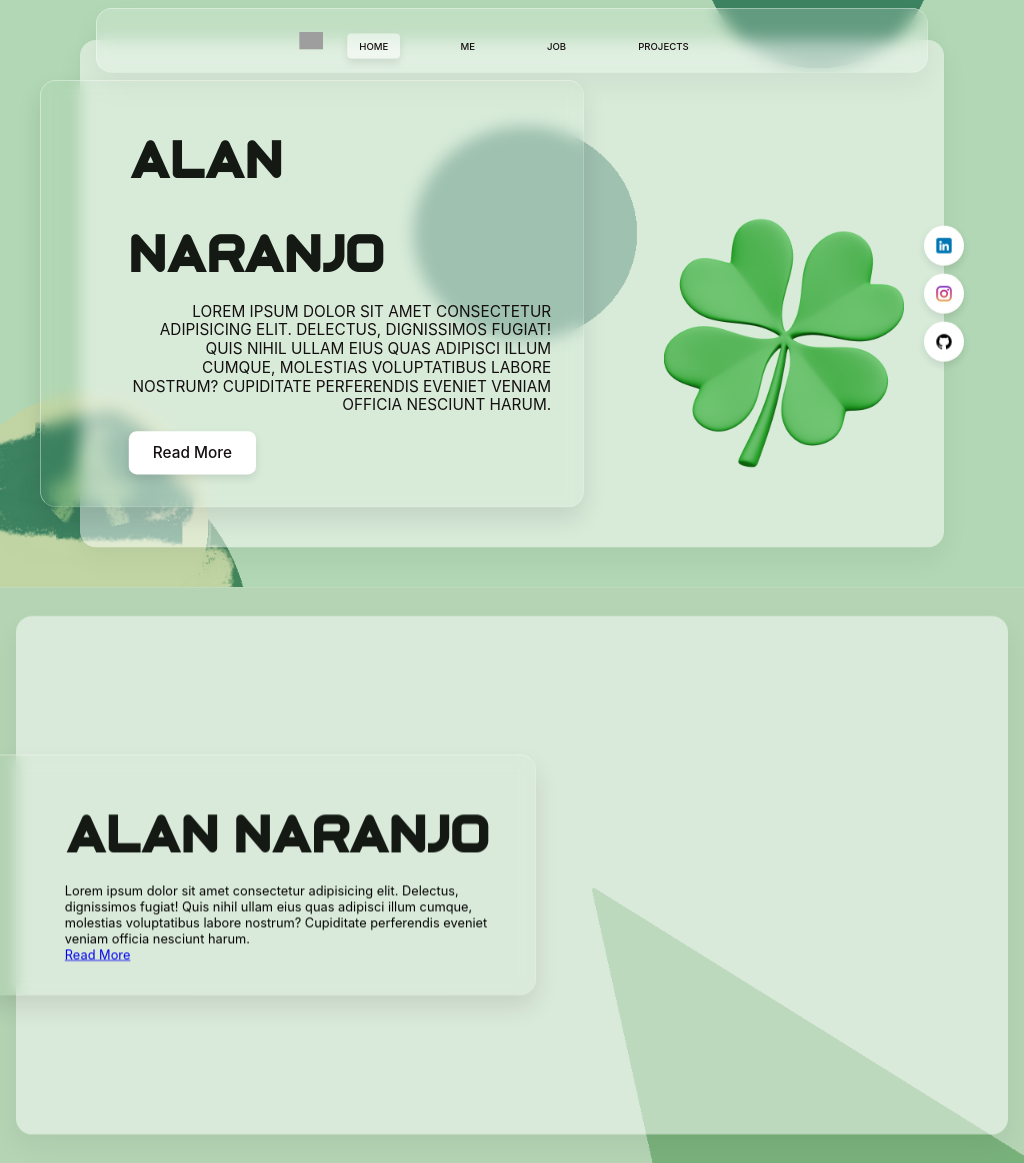
Repository: L-A-M-J-O/Me-sitio-Web
Page: / (app in my-project/)
The author's editor kept a copy of each file at every save. The page is drawn from the files as they stood at one save, then again after the next save.
The browser window is 1280 px wide. The pictures show the whole page, at 80% of full size.
Pictures or frames that could not be fetched are drawn as grey boxes. Backgrounds fixed to the window are drawn as part of the page. The project was rebuilt for these pictures with package versions that can differ from the ones it lists, and the page was loaded fresh each time.

Above is the page before, as saved 2022-09-20 16:04:27.

### my-project/src/App.jsx
import './App.css';
import Me from './components/Me/Me';

import Navbar from './components/Navbar/Navbar'


function App() {
  return (
    <>
      <Navbar/>
      <Me/>
    </>


  );
}

export default App;

### my-project/src/App.css
 * {
    margin: 0;
    padding: 0;
    box-sizing: border-box;
 }

### my-project/src/components/Me/Me.jsx
import React from 'react'

import '../Me/Me.css'

import {Link } from 'react-scroll'

function Me() {
  return (
    <div className='section-me' id='me'>
      <div className='container-m-me'>
        <div className='row justify-content-end'>
          <div className='col-12'>
            <div className='content-me'>
            <h2>Alan Naranjo</h2>
            <p>Lorem ipsum dolor sit amet consectetur adipisicing elit. Delectus, dignissimos fugiat! Quis nihil ullam eius quas adipisci illum cumque, molestias voluptatibus labore nostrum? Cupiditate perferendis eveniet veniam officia nesciunt harum.</p>
            <Link href='#'>Read More</Link>
          </div>
          </div>
        </div>
      </div>
    </div>
  )
}

export default Me

### my-project/src/components/Navbar/Navbar.jsx
import React from 'react'

import {Link} from 'react-scroll'

import logotipo from '../../assets/img/logotipo.png'
import icon from '../../assets/img/icon.png'
import instagram from '../../assets/img/instagram.png'
import linkedin from '../../assets/img/linkedin.png'
import github from '../../assets/img/github.png'

import '../Navbar/Navbar.css'


function Navbar() {
  return (
    <section id='nav'>
      <div className='container-m'>
        <header>
          <Link to='nav' className='logo'><img src={ icon} alt='icon' width={30}/></Link>
          <ul>
            <li><Link to='nav' className='active'>Home</Link></li>
            <li><Link to='me' href='#' className=''>Me</Link></li>
            <li><Link href='#' className=''>Job</Link></li>
            <li><Link href='#' className=''>Projects</Link></li>
          </ul>
        </header>
        <div className='content'>
          <h2>Alan Naranjo</h2>
          <p>Lorem ipsum dolor sit amet consectetur adipisicing elit. Delectus, dignissimos fugiat! Quis nihil ullam eius quas adipisci illum cumque, molestias voluptatibus labore nostrum? Cupiditate perferendis eveniet veniam officia nesciunt harum.</p>
          <Link href='#'>Read More</Link>
        </div>
        <div className='img-icon'>
          <img src={ logotipo } alt='logotipo'/>
        </div>
        <ul className='sci'>
          <li><Link href='#'><img src={linkedin} alt='linkedin'/></Link></li>
          <li><Link href='#'><img src={instagram} alt='instagram'/></Link></li>
          <li><Link href='#'><img src={github} alt='github'/></Link></li>
        </ul>
      </div>
    </section>
  )
}

export default Navbar

### my-project/src/components/Me/Me.css
.section-me {
    display: flex;
    justify-content: center;
    align-items: center;
    min-height: 100vh;
    background-image: url(../../assets/img/banner1.png);
    background-position: center;
    background-attachment: fixed;
    padding: 20px;
}
.container-m-me {
    position: relative;
    width: 100%;
    height: 90vh;
    background-color: rgba(255, 255, 255, 0.5);
    box-shadow:  0 15px 35px rgba(0, 0, 0, 0.05);
    border-radius: 20px;
    display: flex;
    justify-content: space-between;
    align-items: center;
    padding: 50px;
}

.content-me {
    transform: translateX(-100px);
    max-width: 700px;
    box-shadow:  0 15px 30px rgba(0, 0, 0, 0.1);
    border-radius: 20px;
    backdrop-filter: blur(10px);
    border: 1px solid rgba(255, 255, 255, 0.25);
    border-top: 1px solid rgba(255, 255, 255, 0.5);
    border-left: 1px solid rgba(255, 255, 255, 0.5);
    padding: 40px;
    padding-left: 110px;
}
.content-me h2 {
    font-family: Osiris;
    font-size: 4rem;
    line-height: 1.85;
    text-transform: lowercase;
    margin: 0;
    color: #141914;
}
.content p {
    text-align: end;
    border: var(--default-border-width) solid var(--default-border-color);
    border-radius: var(--default-border-radius);
    text-transform: uppercase;
    font-weight: 400;
    font-size: max(12px,.9375vw);
    line-height: 1.2222222222;
    transition: background-color .15s ease-in-out;
    -webkit-appearance: none;
    appearance: none;
    font-size: 1.2em;
    color: #140f10;
}
.content a {
    display: inline-block;
    padding: 15px 30px;
    background: #fff;
    color: #140f10;
    margin-top: 20px;
    border-radius: 10px;
    font-size: 1.2em;
    font-weight: 500;
    text-decoration: none;
    box-shadow:  0 5px 10px rgba(0, 0, 0, 0.1);
}

### my-project/src/components/Navbar/Navbar.css
@font-face {
    font-family: Osiris;
    src: url(../../assets//img/Osiris.otf);
}

section {
    display: flex;
    justify-content: center;
    align-items: center;
    min-height: 100vh;
    background-image: url(../../assets/img/banner.png);
    background-position: center;
    background-attachment: fixed;
    padding: 50px;
}
.container-m{
    position: relative;
    width: calc(100% - 100px);
    height: 88vh;
    background-color: rgba(255, 255, 255, 0.5);
    box-shadow:  0 15px 35px rgba(0, 0, 0, 0.05);
    border-radius: 20px;
    display: flex;
    justify-content: space-between;
    align-items: center;
    padding: 50px;
}
header {
    position: absolute;
    top: -40px;
    right: 20px;
    left: 20px;
    padding: 20px 50px;
    display: flex;
    justify-content: center;
    align-items: baseline;
    background: rgba(255, 255, 255, 0.2);
    box-shadow:  0 15px 35px rgba(0, 0, 0, 0.05);
    border-radius: 20px;
    backdrop-filter: blur(10px);
    border: 1px solid rgba(255, 255, 255, 0.25);
    border-top: 1px solid rgba(255, 255, 255, 0.5);
    border-left: 1px solid rgba(255, 255, 255, 0.5);
}

header .logo {
    color: #140f10;
    font-weight: 700;
    text-decoration: none;
    font-size: 2rem;
}
header ul {
    display: flex;
}
header ul li {
    list-style: none;
    margin:  0 30px;
}
header ul li a {
    border: var(--default-border-width) solid var(--default-border-color);
    border-radius: var(--default-border-radius);
    text-transform: uppercase;
    font-weight: 500;
    font-size: max(12px,.9375vw);
    padding: 0 1.3333em;
    height: 2.5555em;
    line-height: 1.2222222222;
    transition: background-color .15s ease-in-out;
    -webkit-appearance: none;
    appearance: none;
    text-decoration: none;
    color: #140f10;
    padding: 8px 15px;
    border-radius: 25px;
    cursor: pointer;
}
header ul li a:hover,
header ul li a.active {
    border-radius: 5px;
    background-color: #ffffff81;
    color: #140f10;
    box-shadow: 0 5px 10px rgba(0, 0, 0, 0.1);
}

.content {
    transform: translateX(-100px);
    max-width: 700px;
    box-shadow:  0 15px 30px rgba(0, 0, 0, 0.1);
    border-radius: 20px;
    backdrop-filter: blur(10px);
    border: 1px solid rgba(255, 255, 255, 0.25);
    border-top: 1px solid rgba(255, 255, 255, 0.5);
    border-left: 1px solid rgba(255, 255, 255, 0.5);
    padding: 40px;
    padding-left: 110px;
}
.content h2 {
    font-family: Osiris;
    font-size: 4rem;
    line-height: 1.85;
    text-transform: lowercase;
    margin: 0;
    color: #141914;
}
.content p {
    text-align: end;
    border: var(--default-border-width) solid var(--default-border-color);
    border-radius: var(--default-border-radius);
    text-transform: uppercase;
    font-weight: 400;
    font-size: max(12px,.9375vw);
    line-height: 1.2222222222;
    transition: background-color .15s ease-in-out;
    -webkit-appearance: none;
    appearance: none;
    font-size: 1.2em;
    color: #140f10;
}
.content a {
    display: inline-block;
    padding: 15px 30px;
    background: #fff;
    color: #140f10;
    margin-top: 20px;
    border-radius: 10px;
    font-size: 1.2em;
    font-weight: 500;
    text-decoration: none;
    box-shadow:  0 5px 10px rgba(0, 0, 0, 0.1);
}
.img-icon img {
    max-width: 400px;
    animation: animate 5s linear infinite;
}
@keyframes animate {
    0%,100%{
        transform: translateY(50px);
    }
    50% {
        transform: translateY(100px);
    }
}
.sci {
    position: absolute;
    right: -25px;
    display: flex;
    justify-content: center;
    align-items: center;
    flex-direction: column;
}
.sci li {
    list-style: none;
}
.sci li a {
    text-decoration: none;
    width: 50px;
    height: 50px;
    background: #fff;
    display: flex;
    justify-content: center;
    align-items: center;
    border-radius: 50%;
    margin: 5px 0;
    box-shadow: 0 5px 10px rgba(0, 0, 0, 0.1);
}
.sci li a img {
    transform: scale(0.6);
    transition: 0.5s;
}
sci li:hover a img {
    transform: scale(0.6) rotate(360deg);
}

Loaded but not shown: my-project/src/index.js (common file); my-project/src/index.css (common file); my-project/src/reportWebVitals.js (common file)

After the next save:
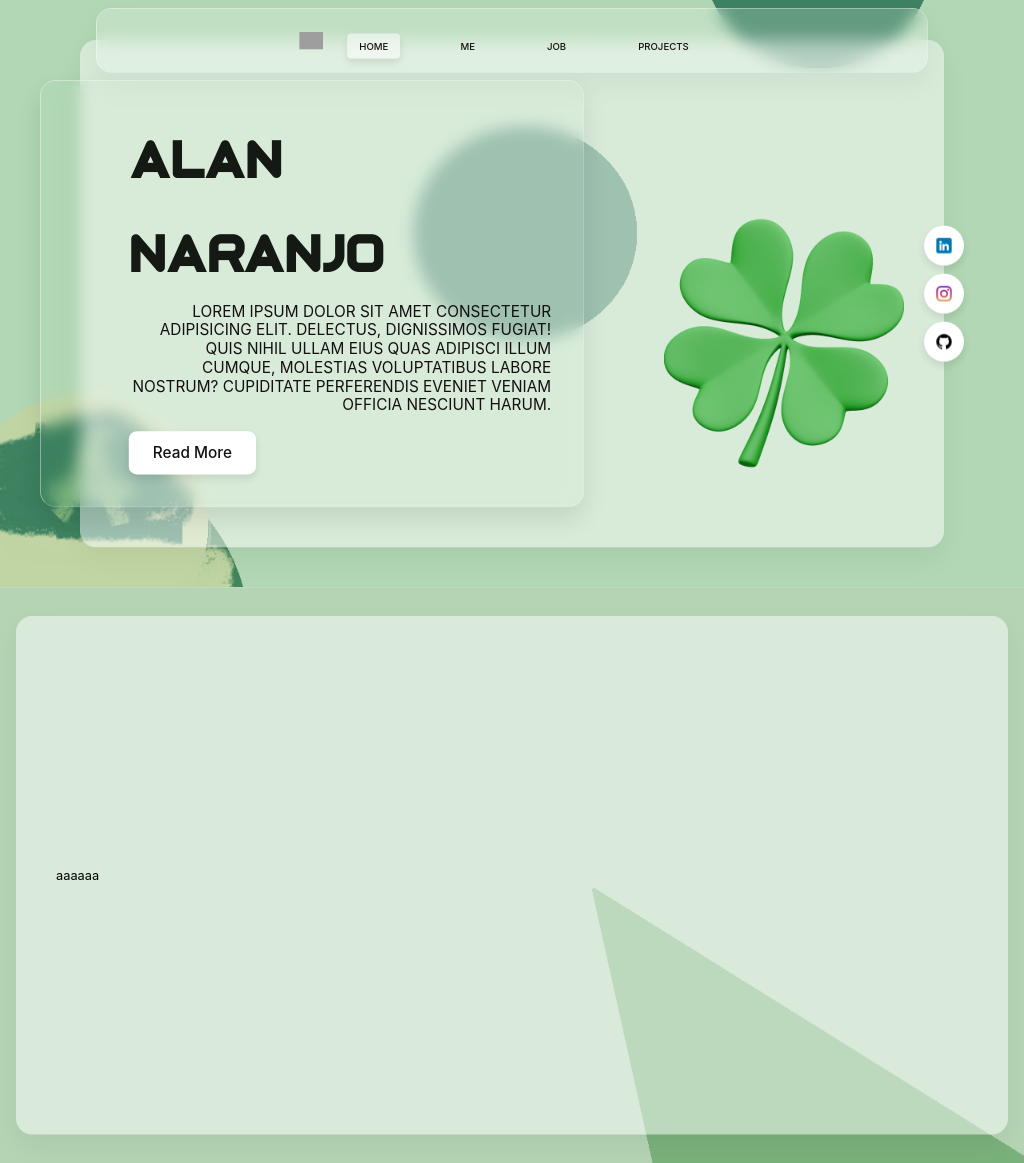
Saved 28 s later.
--- a/my-project/src/components/Me/Me.jsx
+++ b/my-project/src/components/Me/Me.jsx
@@ -10,11 +10,7 @@ function Me() {
       <div className='container-m-me'>
         <div className='row justify-content-end'>
           <div className='col-12'>
-            <div className='content-me'>
-            <h2>Alan Naranjo</h2>
-            <p>Lorem ipsum dolor sit amet consectetur adipisicing elit. Delectus, dignissimos fugiat! Quis nihil ullam eius quas adipisci illum cumque, molestias voluptatibus labore nostrum? Cupiditate perferendis eveniet veniam officia nesciunt harum.</p>
-            <Link href='#'>Read More</Link>
-          </div>
+            aaaaaa
           </div>
         </div>
       </div>
